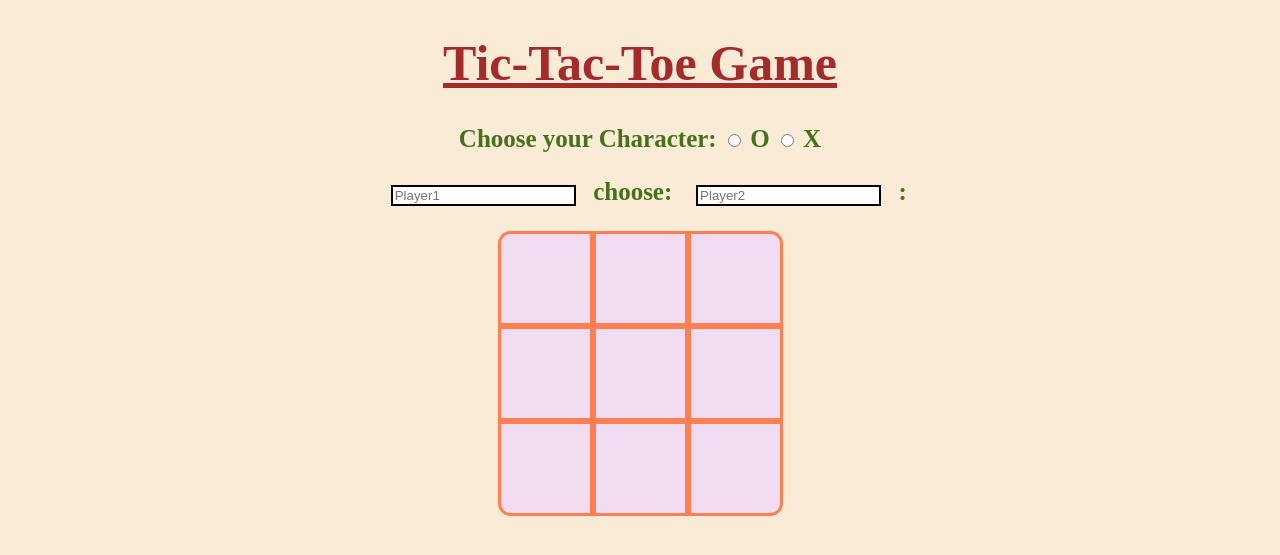
Repository: 0101chaitanya/Tic-Tac-Toe
Page: index.html
These files come from the project's save history. The page is drawn as it stood at one moment and after a run of saves; the edit follows.
The browser window is 1280 px wide. The pictures show the whole page.

Above is the page before, as saved 2021-06-12 13:51:40.

### index.html
<!DOCTYPE html>
<html>

<head>
    <meta charset="utf-8">
    <title>Tic-Tac-Toe Game</title>
    <meta name="viewport" content="width=device-width, initial-scale=1">

    <link rel="stylesheet" href="styles.css">
</head>

<body>
    <div id='block1'>
        <h1 id="heading">Tic-Tac-Toe Game</h1>
        <form id='form'>
            Choose your Character:
            <input value="O" name="radio" onclick="eventFun.setUser(this)" type="radio">
            <label for="O">O</label>
            <input value="X" name="radio" onclick="eventFun.setUser(this)" type="radio">
            <label for="X">X</label>

        </form>
        <div id="player">
            <input id='p1' type='text' placeholder='Player1'></input>choose:
            <input id='p2' type='text' placeholder='Player2'>:
        </div>

        <form id="gameSquare">
            <section id="row1">
                <div id="r1Column1"></div>
                <div id="rlColumn2"></div>
                <div id="rlColumn3"></div>
            </section>
            <section id="row2">
                <div id="r2Column1"></div>
                <div id="r2Column2"></div>
                <div id="r2Column3"></div>
            </section>
            <section id="row3">
                <div id="r3Column1"></div>
                <div id="r3Column2"></div>
                <div id="r3Column3"></div>
            </section>
        </form>
    </div>
    <div id="ResultBox">
        <span id="closebtn">&times;</span>
        <strong id="resultOut"></strong>
    </div>

</body>
<script type="text/javascript" src="script.js"></script>

</html>

### styles.css
:root {
    text-align: center;
    font-weight: bold;
}

* {
    box-sizing: border-box;
}

@media screen and (max-width: 400px) {
     :root {
        font-size: 14px;
    }
}

@media screen and (min-width: 401px) and (max-width: 700px) {
     :root {
        font-size: 18px;
    }
}

@media screen and (min-width: 701px) {
     :root {
        font-size: 25px;
    }
}

body {
    color: rgb(70, 112, 27);
    background: antiquewhite;
    font-weight: bold;
}

h1 {
    color: brown;
    text-decoration: underline;
    text-decoration-style: solid;
}

label>input {
    color: red;
    border: 1px solid;
}

#player {
    display: block;
    margin: 1rem auto 1rem auto;
    display: flexbox;
}

#player>input {
    margin: auto 0.7rem auto 0.7rem;
}

#gameSquare {
    width: min-content;
    height: min-content;
    display: block;
    margin: auto;
}

#gameSquare>section:nth-child(n) {
    /* border-style: solid;
     */
    width: min-content;
    height: min-content;
    display: flex;
    justify-content: center;
    align-items: center;
}

#gameSquare>section:nth-child(n)>div:nth-child(n) {
    display: flex;
    margin: auto;
    width: 3.8rem;
    height: 3.8rem;
    border-style: solid;
    border-width: 0.15rem;
    justify-content: center;
    align-items: center;
    font-size: 1.8rem;
    color: coral;
    background-color: rgb(241, 220, 241);
}

#gameSquare>section:nth-child(1)>div:nth-child(1) {
    border-top-left-radius: 0.5rem;
}

#gameSquare>section:nth-child(1)>div:nth-child(3) {
    border-top-right-radius: 0.5rem;
}

#gameSquare>section:nth-child(3)>div:nth-child(1) {
    border-bottom-left-radius: 0.5rem;
}

#gameSquare>section:nth-child(3)>div:nth-child(3) {
    border-bottom-right-radius: 0.5rem;
}

#ResultBox {
    height: fit-content;
    width: 13rem;
    display: none;
    margin-left: auto;
    margin-right: auto;
    margin-top: 3rem;
    position: relative;
    top: -12rem;
    border-color: rgb(162, 162, 192);
    background-color: rgb(15, 44, 138);
    color: white;
    opacity: 1;
    transition: opacity 0.6s;
    margin-bottom: 15px;
    border-radius: 1rem;
    padding: 1rem;
    text-align: center;
}

#resultOut {
    color: #f0e0e4;
    font-weight: bold;
}

#closebtn {
    margin-left: 15px;
    color: white;
    font-weight: bold;
    float: right;
    font-size: 22px;
    line-height: 20px;
    cursor: pointer;
    transition: 0.3s;
}

#closebtn:hover {
    color: rgb(38, 170, 82);
}

#player>div:nth-child(1)>input {
    color: aqua;
}

input {
    width: fit-content;
    border: 2px solid;
}

### script.js
"use strict";

let eventFun = (function() {
    let user1Selection, user2Selection, runningCharacter;
    document.getElementById('p1').textContent += ` `;
    document.getElementById('p2').textContent += ` `;

    let runningNumber,
        result;
    let newArray;
    let count;

    let horizontalArray;
    let verticalArray;
    let diagonalArray;
    let array;


    function setUser(given) {
        localStorage.setItem("user1", given.value);

        document.querySelector(`#form`).submit();
    }

    function init() {
        runningNumber = 0;
        user1Selection = localStorage.getItem("user1");
        user2Selection =
            user1Selection != null ? (user1Selection === "X" ? "O" : "X") : null;
        runningCharacter = user1Selection;

        document.getElementById('p1').textContent += ` ` + user1Selection || ' ';
        document.getElementById('p2').textContent += ` ` + user2Selection || ' ';
        array = Array.from(
            document.getElementById("gameSquare").querySelectorAll("div")
        );
        newArray = Array(array.length).fill();
        count = 0;

        horizontalArray = undefined;
        verticalArray = undefined;
        diagonalArray = undefined;
        eventListen();
    }

    if (localStorage.getItem("user1") !== null) {
        init();
    }


    function switchRunChar() {
        runningCharacter = runningCharacter === "O" ? "X" : "O";
        runningNumber = runningNumber === 0 ? 1 : 0;
    }

    function arrayCreator(index, incrementer) {
        return [
            newArray[index],
            newArray[index + incrementer],
            newArray[index + 2 * incrementer],
        ];
    }

    function parser(arrayInput) {
        let arr = arrayInput.map((item, index) => {
            let res = item.reduce((stack, item) => {
                stack += item;
                return stack;
            });
            return res;
        });
        return arr;
    }

    function send(input) {
        let block1 = document.getElementById('block1');
        block1.style.filter = 'blur(0.5rem)';
        document.getElementById('ResultBox').style.display = 'block';
        document.getElementById('resultOut').textContent = input;
        let close = document.getElementById('closebtn');
        close.onclick = function() {
            localStorage.clear();
            //  init();
            document.getElementById('gameSquare').submit();
            let div = this.parentElement;
            div.style.opacity = '0';
            setTimeout(function() {
                document.getElementById('ResultBox').style.display = 'none';
                block1.style.filter = 'blur(0.0rem)';

            }, 60);
        };

    }

    function check(input) {
        input.forEach((item) => {
            if (item === 3) {
                result = item;
                send("Player 2 won");
            } else if (item === 0) {
                result = item;
                send("Player 1 won");
            }
        });
    }

    function checkWin() {
        horizontalArray = [
            arrayCreator(0, 1),
            arrayCreator(3, 1),
            arrayCreator(6, 1),
        ];
        verticalArray = [
            arrayCreator(0, 3),
            arrayCreator(1, 3),
            arrayCreator(2, 3),
        ];
        diagonalArray = [arrayCreator(0, 4), arrayCreator(2, 2)];

        let horizontalParsed = parser(horizontalArray);
        let verticalParsed = parser(verticalArray);

        let diagonalParsed = parser(diagonalArray);
        check(horizontalParsed);
        check(verticalParsed);
        check(diagonalParsed);

        if (count == 8) {
            console.table(horizontalArray, verticalArray, diagonalArray);
            console.table({
                horizontalParsed: horizontalParsed,
                verticalParsed: verticalParsed,
                diagonalParsed: diagonalParsed,
            });
            console.table(newArray);
            if (result == undefined) {
                send("draw");
            }
        }
    }

    let setOutput = function(e, index) {
        e.target.textContent = runningCharacter;
        e.target.removeEventListener("click", (e) => setOutput(e));
        newArray.splice(index, 1, runningNumber);
        switchRunChar();
        checkWin();

        count++;
    };

    function eventListen() {
        array.forEach((item, index) => {
            item.textContent = "";
            item.addEventListener("click", (e) => setOutput(e, index), { once: true });
        });
    }
    return { setUser };
})();

After the next 3 saves:
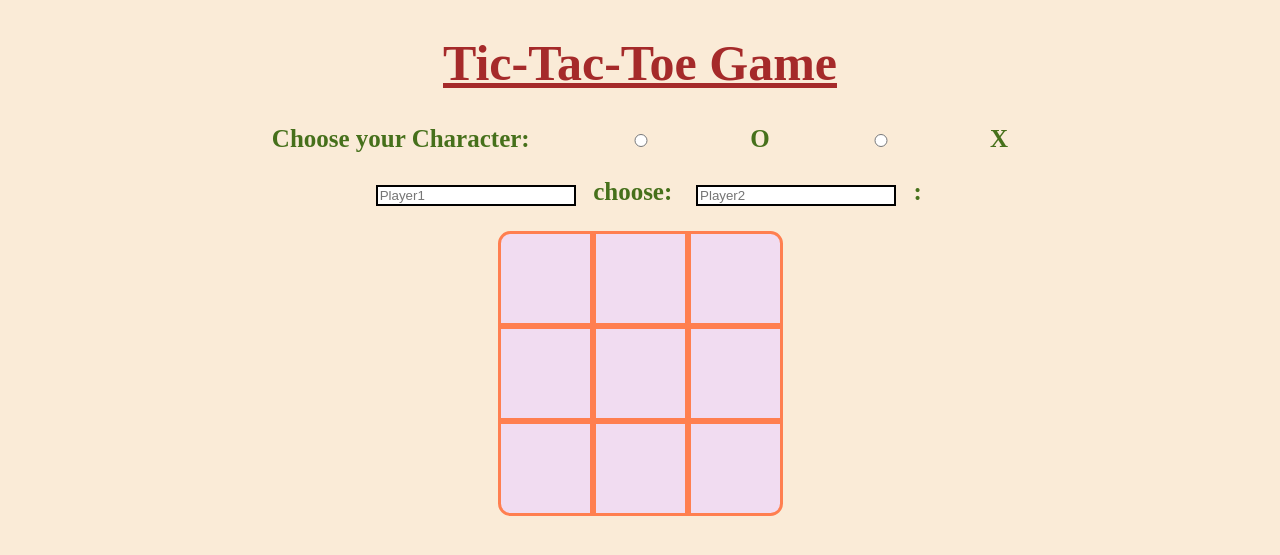
The 3 saves are shown as one change because they came seconds apart.
The last was saved 24 s later.
--- a/styles.css
+++ b/styles.css
@@ -144,6 +144,6 @@ label>input {
 }
 
 input {
-    width: fit-content;
+    width: 8rem;
     border: 2px solid;
 }
